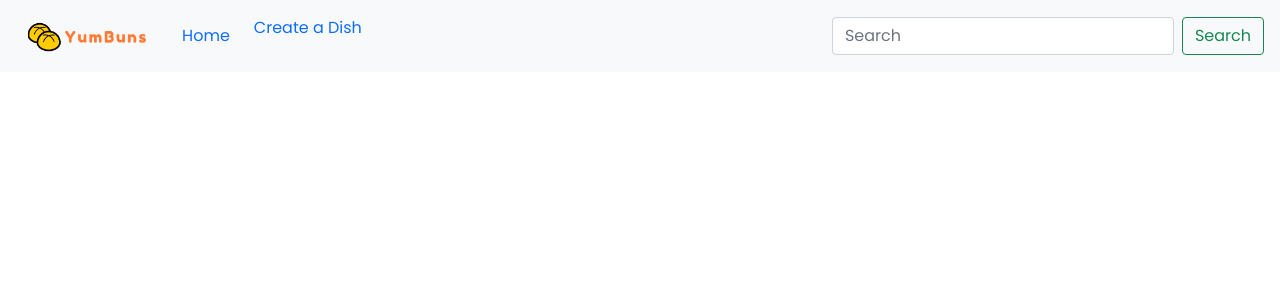
Repository: mottad14/yumBuns
Page: /login (app in client/)
The author's editor kept a copy of each file at every save. The page is drawn from the files as they stood at one save, then again after a run of saves.
The browser window is 1280 px wide. The pictures show the whole page.
Some web fonts or font styles are not loaded; a fallback is used. The project was rebuilt for these pictures with package versions that can differ from the ones it lists, and the page was loaded fresh each time. Also part of the build but not shown: client/src/components/RecipePreview.js, client/src/views/Main.js, client/src/views/Create.js, client/src/views/Recipe.js, client/src/components/SubscribePop.css, client/src/components/SignUp.jsx, client/src/components/SubscribePop.js.

Above is the page before, as saved 2022-07-29 10:10:56.

### client/public/index.html
<!DOCTYPE html>
<html lang="en">
  <head>
    <meta charset="utf-8" />
    <link rel="icon" href="%PUBLIC_URL%/favicon.ico" />
    <meta name="viewport" content="width=device-width, initial-scale=1" />
    <meta name="theme-color" content="#000000" />
    <meta
      name="description"
      content="Web site created using create-react-app"
    />
    <!--
      Notice the use of %PUBLIC_URL% in the tags above.
      It will be replaced with the URL of the `public` folder during the build.
      Only files inside the `public` folder can be referenced from the HTML.

      Unlike "/favicon.ico" or "favicon.ico", "%PUBLIC_URL%/favicon.ico" will
      work correctly both with client-side routing and a non-root public URL.
      Learn how to configure a non-root public URL by running `npm run build`.
    -->
    <title>Yumbuns</title>
  </head>
  <body>
    <noscript>You need to enable JavaScript to run this app.</noscript>
    <div id="root"></div>
    <!--
      This HTML file is a template.
      If you open it directly in the browser, you will see an empty page.

      You can add webfonts, meta tags, or analytics to this file.
      The build step will place the bundled scripts into the <body> tag.

      To begin the development, run `npm start` or `yarn start`.
      To create a production bundle, use `npm run build` or `yarn build`.
    -->
  </body>
</html>

### client/src/index.js
import React from 'react';
import ReactDOM from 'react-dom';
import './index.css';
import App from './App';
import reportWebVitals from './reportWebVitals';
import {BrowserRouter} from "react-router-dom";

ReactDOM.render(
    <React.StrictMode>
      <BrowserRouter>
            <App />
      </BrowserRouter>
    </React.StrictMode>,
    document.getElementById('root')
);



// If you want to start measuring performance in your app, pass a function
// to log results (for example: reportWebVitals(console.log))
// or send to an analytics endpoint. Learn more: https://bit.ly/CRA-vitals
reportWebVitals();

### client/src/App.js
import React from 'react';
import 'bootstrap/dist/css/bootstrap.min.css';
import {Switch, Route} from "react-router-dom";
import './App.css';
import NavBar from './components/NavBar';
import Main from './views/Main';
import Create from './views/Create';
import Recipe from './views/Recipe';
import SubscribePop from './components/SubscribePop';
import {useState, useEffect} from 'react'
import { AuthContextProvider } from "./contexts/AuthContext";


function App() {
  const [buttonPopup, setButtonPopup] = useState(false);
  const [timedPopup, setTimedPopup] = useState (false);

  useEffect(() => {
    setTimeout(() => {
      setTimedPopup(true)
    }, 45000)
  }, [])


  return (

    <div className="App">
      <div className="">
          <NavBar/>
          <AuthContextProvider>
              <Switch>
                <Route exact path="/">
                  <Main/>
                </Route>

                <Route path="/view/single/:_id">
                  <Recipe/>
                </Route>

                <Route exact path="/create">
                  <Create/>
                </Route>
              </Switch>

              <SubscribePop trigger={buttonPopup} setTrigger={setButtonPopup}>
                <h3>This is my Pop Up</h3>
              </SubscribePop>

              <SubscribePop trigger={timedPopup} setTrigger={setTimedPopup}>
              </SubscribePop>
          </AuthContextProvider>


       </div>
    </div>
  );
}

export default App;

### client/src/App.css
@import url('https://fonts.googleapis.com/css2?family=BIZ+UDGothic&family=Poppins&display=swap');

.App {
  font-family: 'BIZ UDGothic', sans-serif;
  font-family: 'Poppins', sans-serif;
  z-index: 1;
  text-align: center;
}

.recipePreview{
  border: 3px solid rgb(177, 177, 177);
  min-height: 300px;
  width: 250px;
  background-color: rgb(254, 194, 10);
  border-left-style: dotted;
  border-right-style: dotted;
  border-radius: 10%;

}

.recipePreview > img{
  width: 95%;
  border-radius: 10%;
}
.recipePreview >div{
  align-items: center;

}

.Logo{
  margin-left: 10px;
  height: 30px;
}

.sticky{
  position: sticky;
  top: 0;
  z-index: 999;
  background-color: rgb(254, 194, 10);
  border: 2px solid black;
  border-radius: 25px;
}

.thumbnailBox > img{
  height: 40px;
}

.thumbnailBox > img:hover{
  height: 125px;
}

### client/src/components/NavBar.js
import React from "react";
import { Link } from "react-router-dom"
import Button from 'react-bootstrap/Button';
import Container from 'react-bootstrap/Container';
import Form from 'react-bootstrap/Form';
import Nav from 'react-bootstrap/Nav';
import Navbar from 'react-bootstrap/Navbar';
import NavDropdown from 'react-bootstrap/NavDropdown';import YumBuns from "../imgs/YumBunsLogo.png"

const NavBar = (props) => {
    return(
            <nav className="navbar navbar-expand-lg bg-light mb-3">
                <Link className="navbar-brand mx-3" to="/">  <img className="Logo" src={YumBuns} alt="Logo" /> </Link>

                <div className="collapse navbar-collapse" id="navbarSupportedContent">
                <ul className="navbar-nav me-auto mb-2 mb-lg-0">
                    <li className="nav-item">
                    <Nav.Link> <Link className="nav-link active" aria-current="page" to="/">Home</Link> </Nav.Link>
                    </li>
                    <li className="nav-item">
                    <Link className="nav-link" to="/create">Create a Dish</Link>
                    </li>
                </ul>
                <form className="d-flex mx-3" role="search">
                    <input className="form-control me-2" type="search" placeholder="Search" aria-label="Search" />
                    <button className="btn btn-outline-success" type="submit">Search</button>
                </form>
            </div>
            </nav>
    )
}

export default NavBar;

### client/src/contexts/AuthContext.js
import { createContext, useContext, useEffect, useState } from "react";
import {createUserWithEmailAndPassword,
    signInWithEmailAndPassword,
    signOut,
    onAuthStateChanged}
    from "firebase/auth"
import { auth } from "../firebase";

const UserContext = createContext();

export const AuthContextProvider = ({children}) => {
    const [user, setUser] = useState({})

    const createUser = (email, password) => {
        return (createUserWithEmailAndPassword(auth, email, password))
    }

    const signIn = (email, password) => {
        return signInWithEmailAndPassword(auth, email, password)
    }

    const logout = () =>{
        return signOut(auth);
    }

    useEffect (() => {
        const unsubscribe = onAuthStateChanged(auth, (currentUser) => {
            console.log(currentUser)
            setUser(currentUser)
        })
        return (() => {
            unsubscribe()
        })
    }, [])

    return (
        <UserContext.Provider value={{ createUser, user, signIn, logout }}>
            {children}
        </UserContext.Provider>
    )
}

export const UserAuth = () =>{
    return useContext(UserContext)
}

### client/src/firebase.js
// Import the functions you need from the SDKs you need
import { initializeApp } from "firebase/app";
import { getAuth } from "firebase/auth";
// TODO: Add SDKs for Firebase products that you want to use
// https://firebase.google.com/docs/web/setup#available-libraries

// Your web app's Firebase configuration
console.log(`The current api key is: ${process.env.REACT_APP_FIREBASE_API_KEY}`)
const firebaseConfig = {
  apiKey: process.env.REACT_APP_FIREBASE_API_KEY,
  authDomain: process.env.REACT_APP_FIREBASE_AUTH_DOMAIN,
  projectId: process.env.REACT_APP_FIREBASE_PROJECT_ID,
  storageBucket: process.env.REACT_APP_FIREBASE_STORAGE_BUCKET,
  messagingSenderId: process.env.REACT_APP_FIREBASE_MESSAGING_SENDER_ID,
  appId: process.env.REACT_APP_FIREBASE_APP_ID,
  measurementId: process.env.REACT_APP_FIREBASE_MEASUREMENT_ID
};

// Initialize Firebase
const app = initializeApp(firebaseConfig);
export const auth = getAuth(app);
export default app;

Loaded but not shown: client/src/index.css (common file); client/src/reportWebVitals.js (common file)

After the next 2 saves:
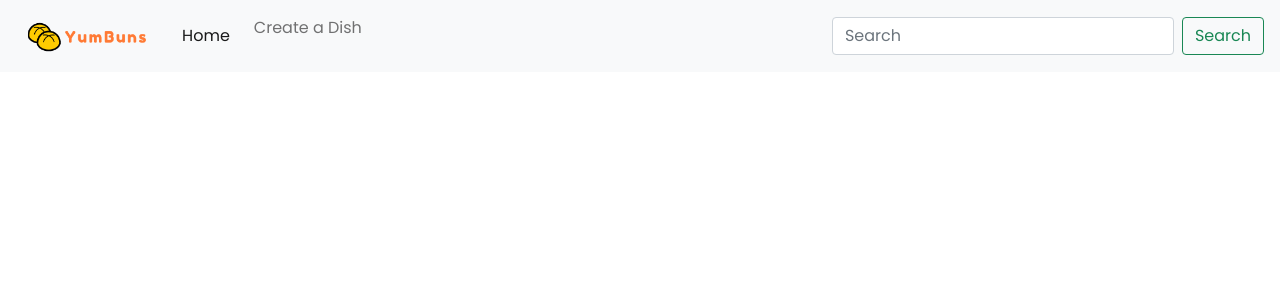
The 2 saves are shown as one change because 1 did not build or start.
The last was saved 23 s later.
--- a/client/src/components/NavBar.js
+++ b/client/src/components/NavBar.js
@@ -9,7 +9,7 @@ import NavDropdown from 'react-bootstrap/NavDropdown';import YumBuns from "../im
 
 const NavBar = (props) => {
     return(
-            <nav className="navbar navbar-expand-lg bg-light mb-3">
+    <Navbar bg="light" expand="lg">
                 <Link className="navbar-brand mx-3" to="/">  <img className="Logo" src={YumBuns} alt="Logo" /> </Link>
 
                 <div className="collapse navbar-collapse" id="navbarSupportedContent">
@@ -26,7 +26,7 @@ const NavBar = (props) => {
                     <button className="btn btn-outline-success" type="submit">Search</button>
                 </form>
             </div>
-            </nav>
+    </Navbar>
     )
 }
 
